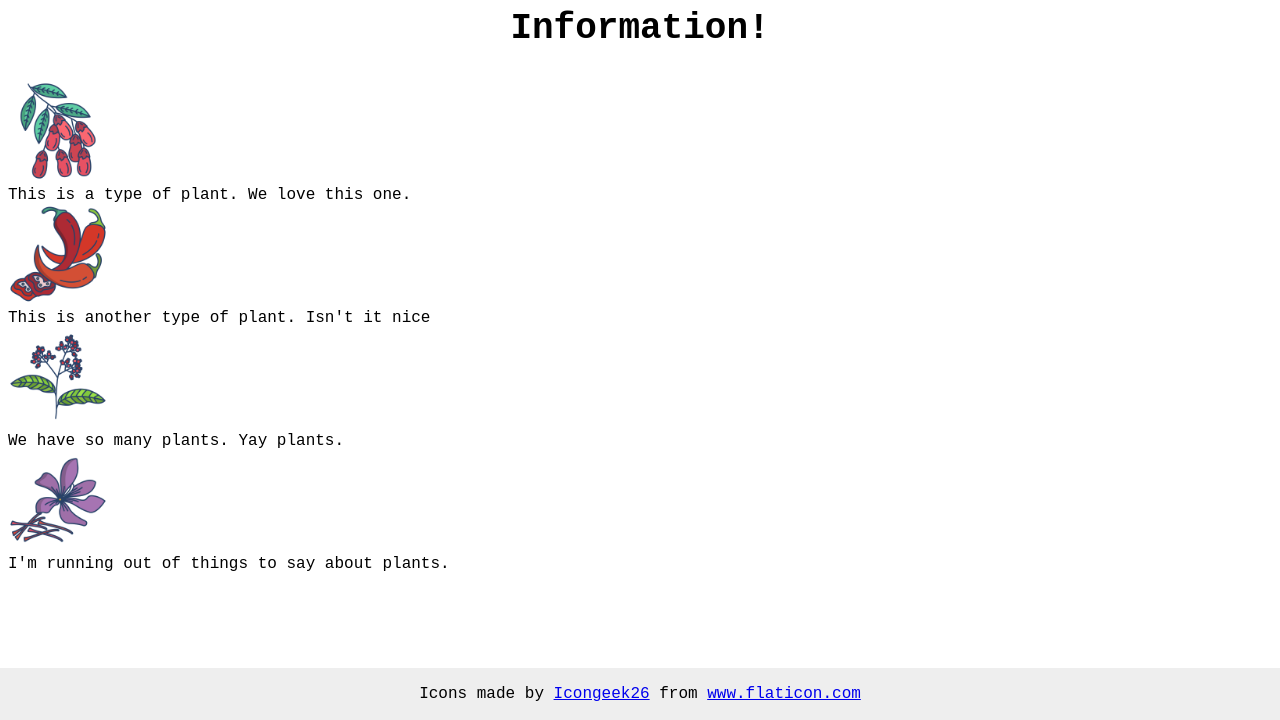
Repository: evemcd/odin_project
Page: 06-odin-css-flex/04-flex-information/index.html
An editor plug-in stored every save of this project. The page is shown before and after the next save, followed by the edit.
The browser window is 1280 px wide. The pictures show the whole page.

Above is the page before, as saved 2022-02-03 09:19:08.

After the next save:
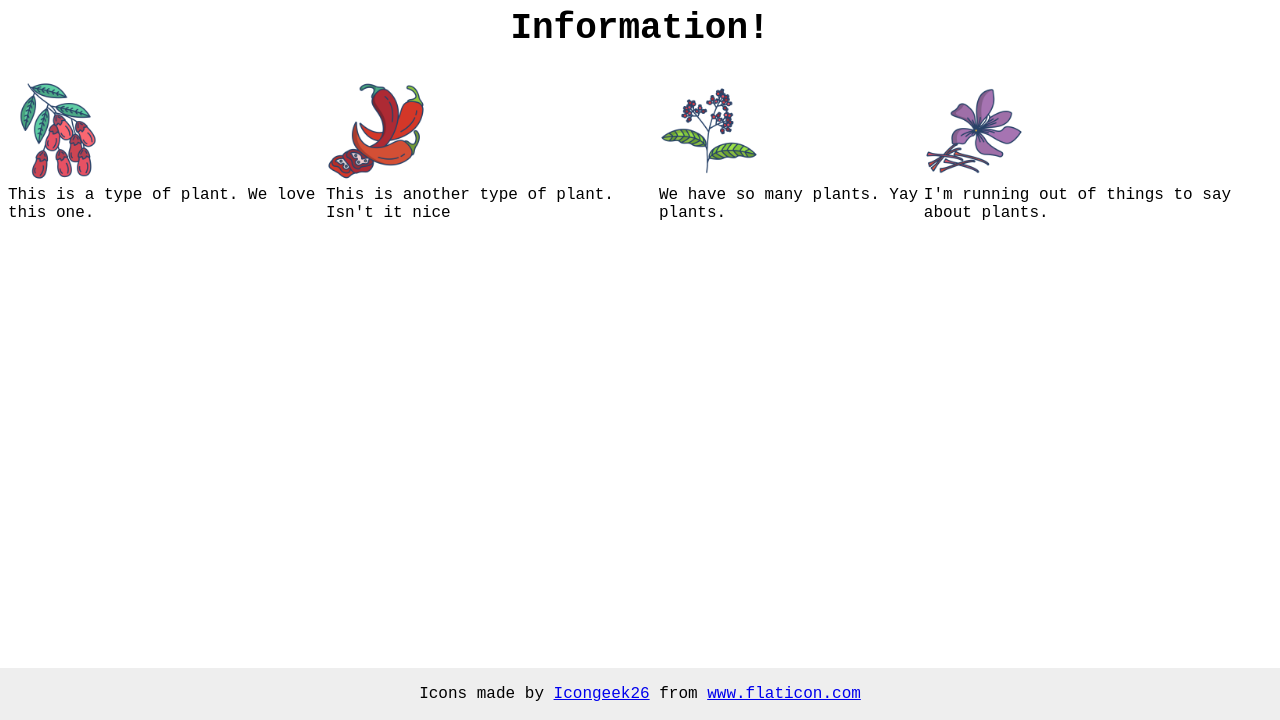
Saved 19 s later.
--- a/06-odin-css-flex/04-flex-information/style.css
+++ b/06-odin-css-flex/04-flex-information/style.css
@@ -14,6 +14,10 @@ img {
     margin-bottom: 32px;
 }
 
+.plants {
+    display: flex;
+}
+
 /* do not edit this footer */
 .footer {
     position: fixed;
